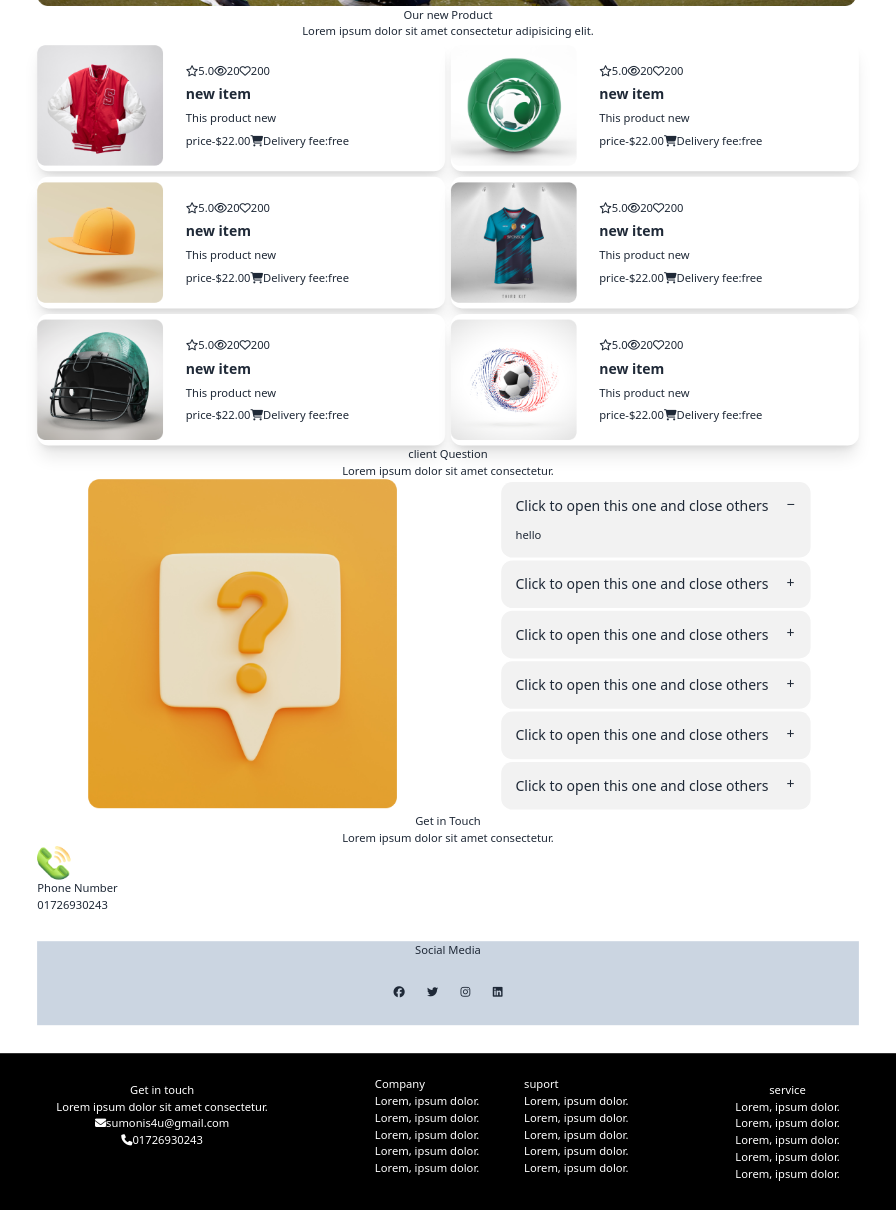
Repository: sumonkumarsarkar/bd-hockeys-team
Page: index.html
These files come from the project's save history. The page is drawn as it stood at one moment and after the next save; the edit follows.
The browser window is 1280 px wide. The pictures show the part of the page from y = 1922 to 3842 px (the page is 3650 px tall before and 3842 px after), at 70% of full size.
Some web libraries are served in a nearby version.

Above is the page before, as saved 2024-01-24 10:00:30.

After the next save:
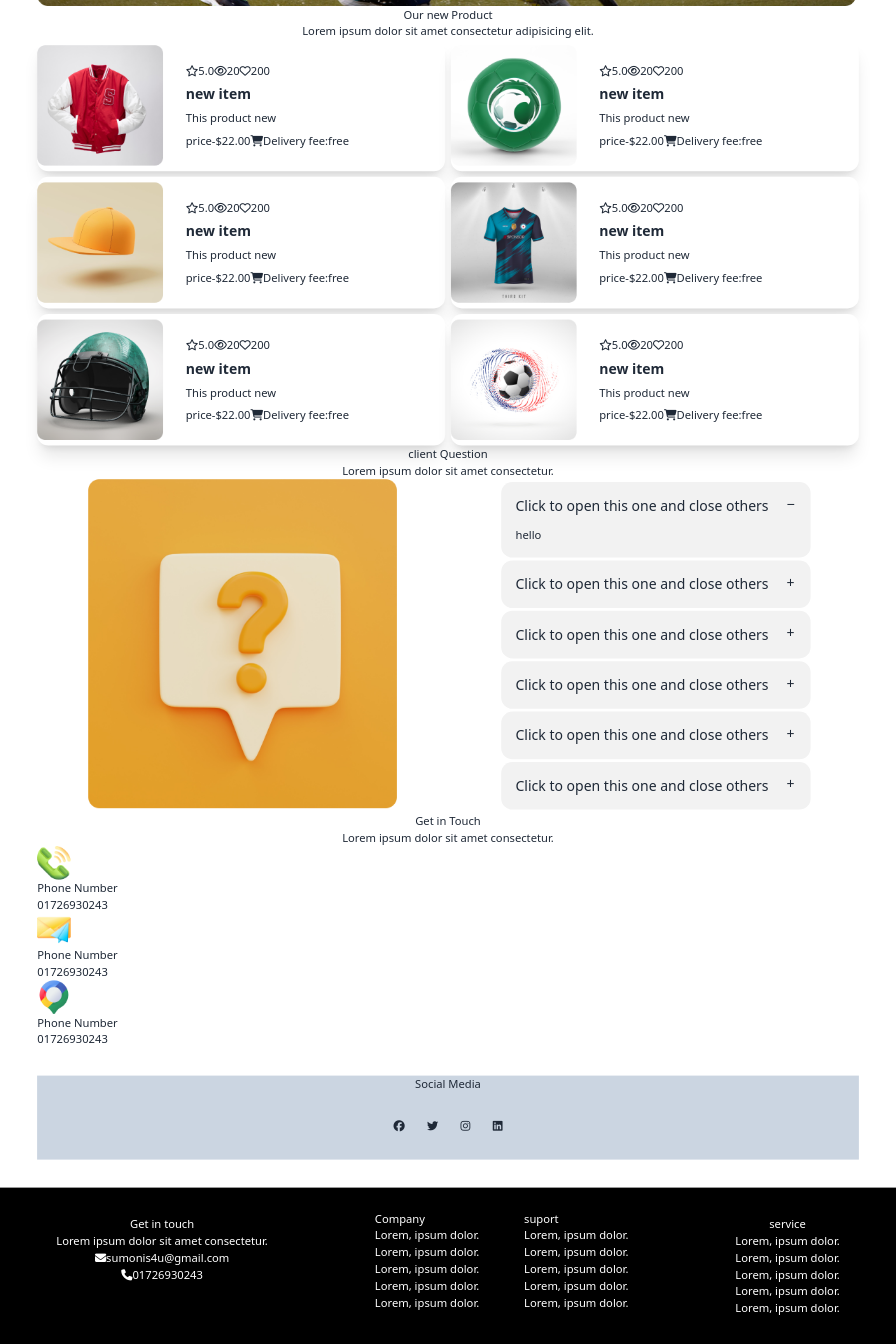
Saved 30 s later.
--- a/index.html
+++ b/index.html
@@ -469,6 +469,16 @@
       <p>Phone Number</p>
       <p>01726930243</p>
        </div>
+       <div>
+      <div><img src="./Images/Group 1171275318.png" alt=""></div>
+      <p>Phone Number</p>
+      <p>01726930243</p>
+       </div>
+       <div>
+      <div><img src="./Images/Group 1171275321.png" alt=""></div>
+      <p>Phone Number</p>
+      <p>01726930243</p>
+       </div>
 
 <!-- Get In Touch part end  -->
 
